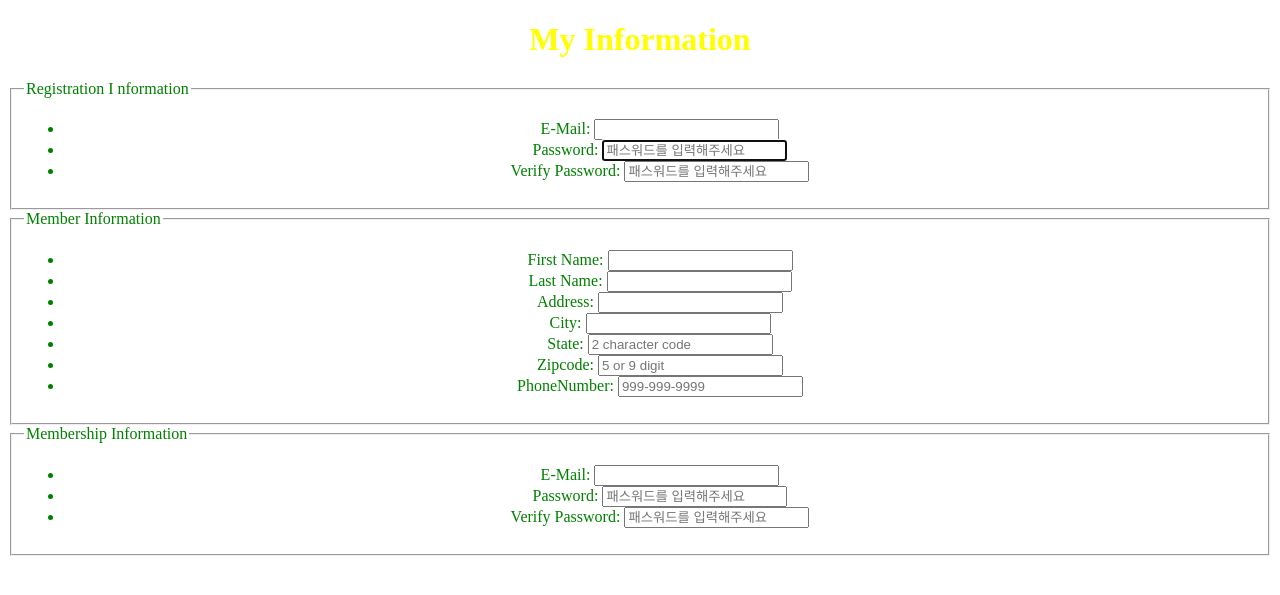
Repository: hyungju2/SSAFY_JavaPractice
Page: 20190211_HTML/web_java/HTMLProject/WebContent/html/hwfront01_서울_6반_이형주.html
These files come from the project's save history. The page is drawn as it stood at one moment and after a run of saves; the edit follows.
The browser window is 1280 px wide. The pictures show the whole page.

Above is the page before, as saved 2019-02-11 08:49:01.

After the next 2 saves:
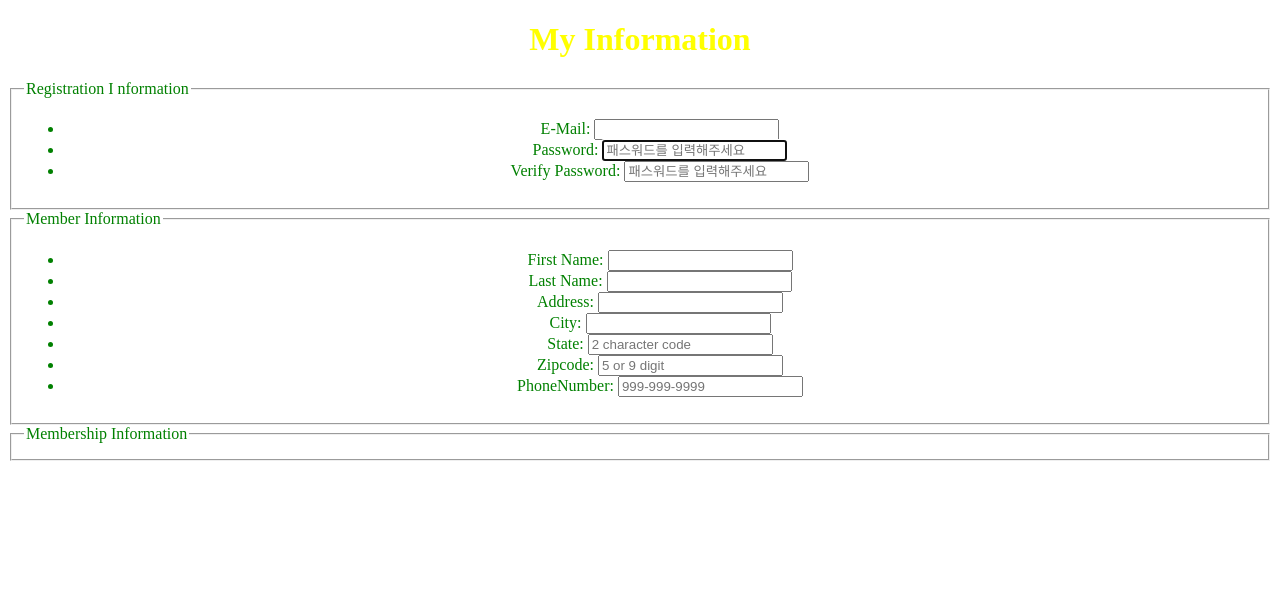
The 2 saves are shown as one change because they came seconds apart.
The last was saved 2 min 18 s later.
--- a/20190211_HTML/web_java/HTMLProject/WebContent/html/hwfront01_서울_6반_이형주.html
+++ b/20190211_HTML/web_java/HTMLProject/WebContent/html/hwfront01_서울_6반_이형주.html
@@ -58,16 +58,7 @@
 			<font color="green">Membership Information
 		</legend>
 		<!-- Field set안에서 사용되며, 내용을 설명해줌. -->
-		<ul>
-			<li align="center"><label for="name">E-Mail:</label> <input
-				type="text" , id="id"></li>
-			<li align="center"><label for="password">Password:</label> <input
-				type="password" , id="password" autofocus required="required"
-				placeholder="패스워드를 입력해주세요"></li>
-			<li align="center"><label for="password">Verify
-					Password:</label> <input type="password" , id="password" autofocus
-				required="required" placeholder="패스워드를 입력해주세요"></li>
-		</ul>
+
 	</fieldset>
 
 
